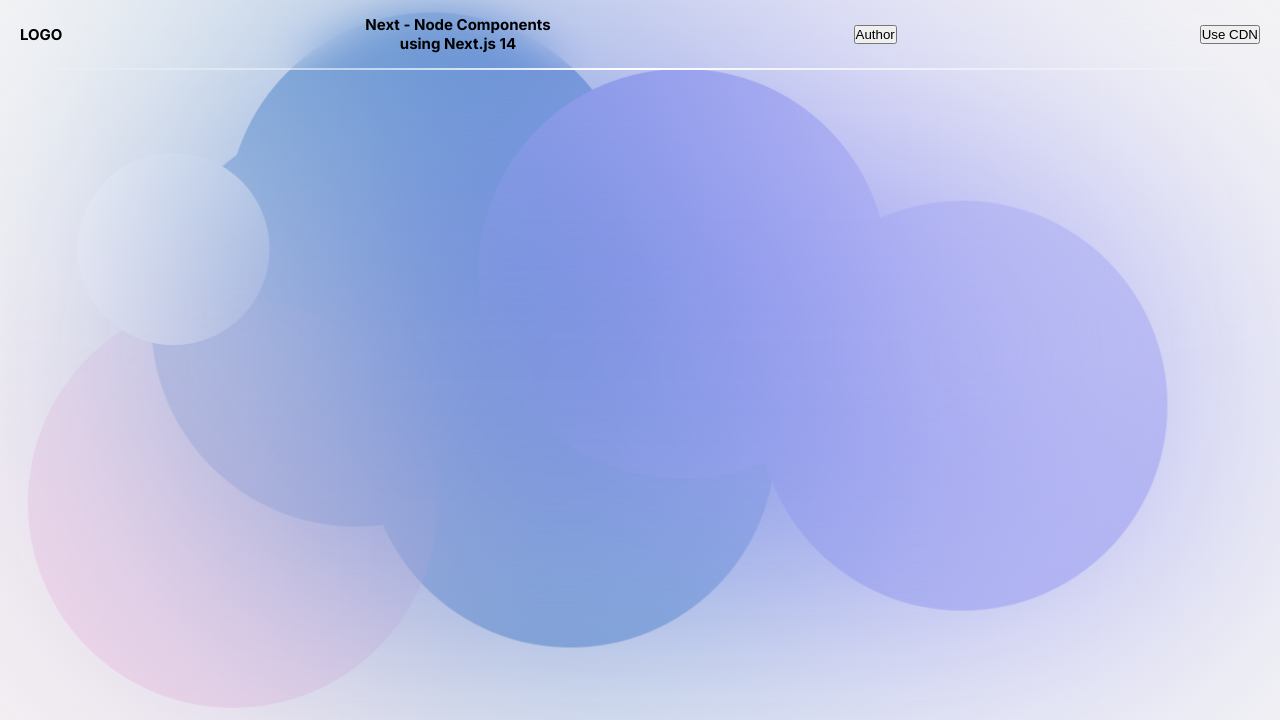
Repository: keval-gohil/komponents
Page: /
An editor plug-in stored every save of this project. The page is shown before and after the next save, followed by the edit.
The browser window is 1280 px wide. The pictures show the whole page.
The project was rebuilt for these pictures with package versions that can differ from the ones it lists, and the page was loaded fresh each time. The framework's server and built-in components were replaced by stand-ins that run in the browser. Also part of the build but not shown: next.config.mjs.

Above is the page before, as saved 2024-03-07 12:15:48.

After the next save:
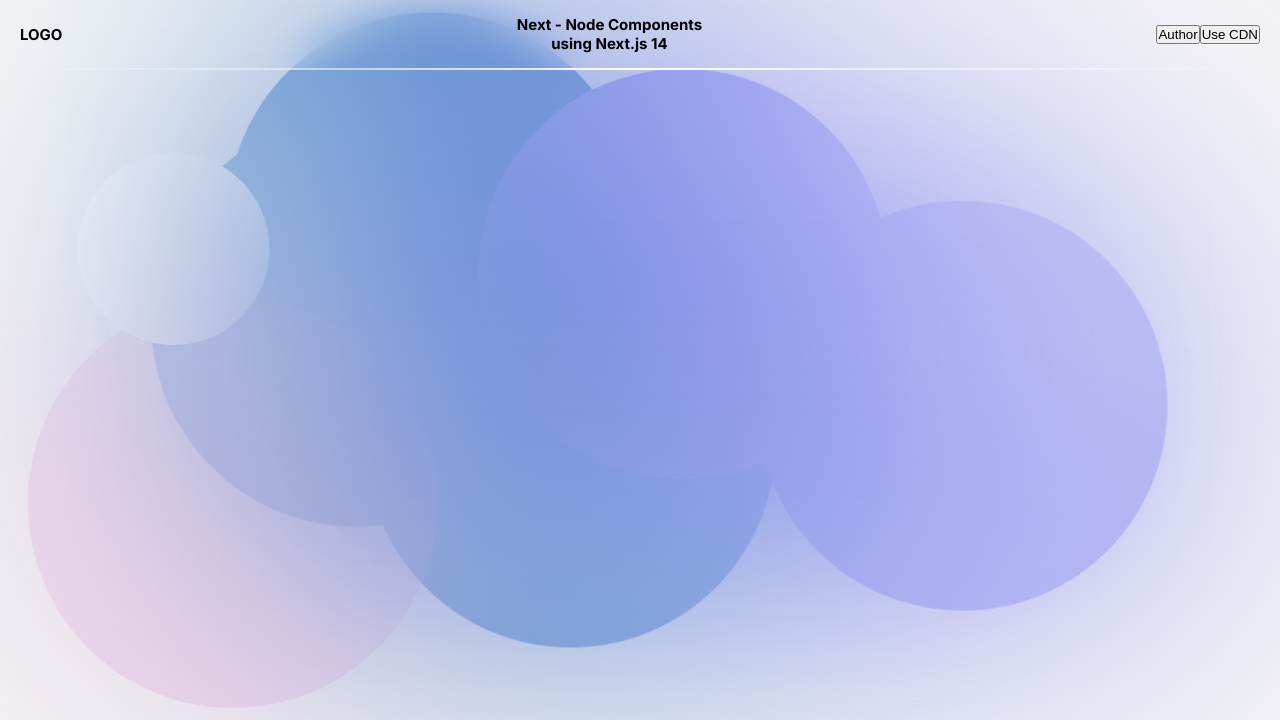
Saved 38 s later.
--- a/components/reuse/header.js
+++ b/components/reuse/header.js
@@ -11,8 +11,10 @@
                 <br />
                 <span>using Next.js 14</span>
             </h2>
-            <button>Author</button>
-            <button>Use CDN</button>
+            <span>
+              <button>Author</button>
+              <button>Use CDN</button>
+            </span>
         </nav>
     </>
   )
